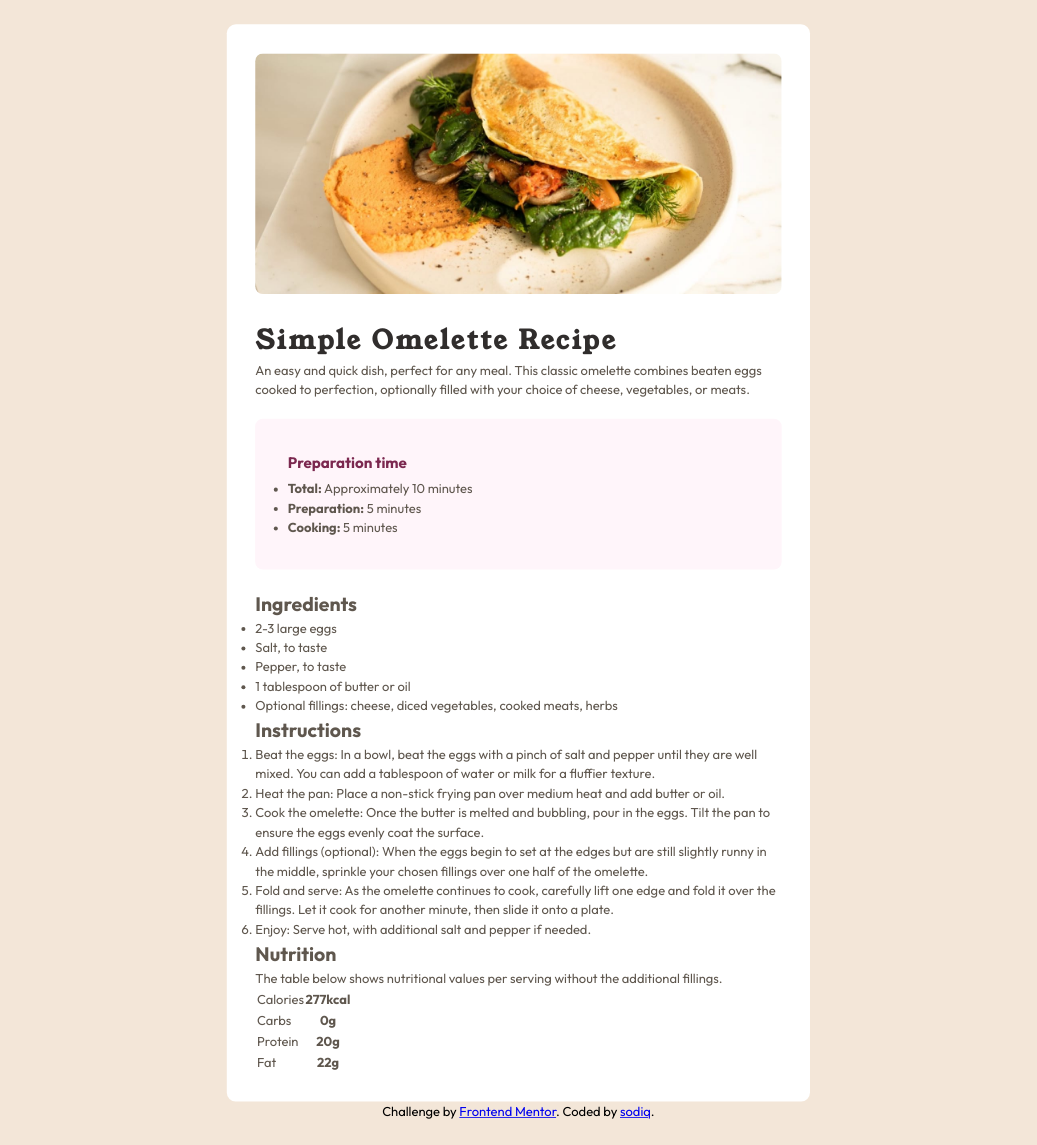
Repository: sodmaq/recipe-page-
Page: index.html
These files come from the project's save history. The page is drawn as it stood at one moment and after the next save; the edit follows.
The browser window is 1280 px wide. The pictures show the whole page, at 81% of full size.

Above is the page before, as saved 2024-09-08 04:30:57.

### index.html
<!DOCTYPE html>
<html lang="en">
  <head>
    <meta charset="UTF-8" />
    <meta name="viewport" content="width=device-width, initial-scale=1.0" />
    <link rel="preconnect" href="https://fonts.googleapis.com" />
    <link rel="preconnect" href="https://fonts.gstatic.com" crossorigin />
    <link
      href="https://fonts.googleapis.com/css2?family=Outfit:wght@400;600;700&family=Young+Serif&display=swap"
      rel="stylesheet"
    />
    <link
      rel="icon"
      type="image/png"
      sizes="32x32"
      href="./assets/images/favicon-32x32.png"
    />
    <link rel="stylesheet" href="/style.css" />
    <title>Frontend Mentor | Recipe page</title>
  </head>
  <body>
    <main class="container">
      <img src="/assets/images/image-omelette.jpeg" alt="image-omelette" />
      <div class="heading-text">
        <h1 class="title">Simple Omelette Recipe</h1>
        <p class="paragraph">
          An easy and quick dish, perfect for any meal. This classic omelette
          combines beaten eggs cooked to perfection, optionally filled with your
          choice of cheese, vegetables, or meats.
        </p>
      </div>
      <div class="preparation-section">
        <h3>Preparation time</h3>
        <ul>
          <li><span>Total:</span> Approximately 10 minutes</li>
          <li><span>Preparation:</span> 5 minutes</li>
          <li><span>Cooking:</span> 5 minutes</li>
        </ul>
      </div>
      <section>
        <div class="ingredients">
          <h2>Ingredients</h2>
          <ul>
            <li>2-3 large eggs</li>
            <li>Salt, to taste</li>
            <li>Pepper, to taste</li>
            <li>1 tablespoon of butter or oil</li>
            <li>
              Optional fillings: cheese, diced vegetables, cooked meats, herbs
            </li>
          </ul>
        </div>
        <div class="instructions">
          <ol>
            <h2>Instructions</h2>
            <li>
              <span> Beat the eggs: </span> In a bowl, beat the eggs with a
              pinch of salt and pepper until they are well mixed. You can add a
              tablespoon of water or milk for a fluffier texture.
            </li>
            <li>
              <span> Heat the pan: </span>Place a non-stick frying pan over
              medium heat and add butter or oil.
            </li>
            <li>
              <span> Cook the omelette: </span> Once the butter is melted and
              bubbling, pour in the eggs. Tilt the pan to ensure the eggs evenly
              coat the surface.
            </li>
            <li>
              <span> Add fillings (optional):</span> When the eggs begin to set
              at the edges but are still slightly runny in the middle, sprinkle
              your chosen fillings over one half of the omelette.
            </li>
            <li>
              <span> Fold and serve:</span> As the omelette continues to cook,
              carefully lift one edge and fold it over the fillings. Let it cook
              for another minute, then slide it onto a plate.
            </li>
            <li>
              <span>Enjoy:</span> Serve hot, with additional salt and pepper if
              needed.
            </li>
          </ol>
        </div>
        <div class="nutrition-section">
          <h2>Nutrition</h2>
          <p>
            The table below shows nutritional values per serving without the
            additional fillings.
          </p>
          <table class="table">
            <tr>
              <td>Calories</td>
              <th>277kcal</th>
            </tr>
            <tr>
              <td>Carbs</td>
              <th>0g</th>
            </tr>
            <tr>
              <td>Protein</td>
              <th>20g</th>
            </tr>
            <tr>
              <td>Fat</td>
              <th>22g</th>
            </tr>
          </table>
        </div>
      </section>
    </main>

    <footer class="attribution">
      Challenge by
      <a href="https://www.frontendmentor.io?ref=challenge" target="_blank"
        >Frontend Mentor</a
      >. Coded by <a href="#">sodiq</a>.
    </footer>
  </body>
</html>

### style.css
* {
  margin: 0;
  padding: 0;
  box-sizing: border-box;
}

:root {
  /* Primary color */
  --Nutmeg-color: hsl(14, 45%, 36%);
  --Dark-Raspberry: hsl(332, 51%, 32%);

  /* Neutral color */
  --White-color: hsl(0, 0%, 100%);
  --Rose-White: hsl(330, 100%, 98%);
  --Eggshell-background-color: hsl(30, 54%, 90%);
  --Light-Grey: hsl(30, 18%, 87%);
  --Wenge-Brown: hsl(30, 10%, 34%);
  --Dark-Charcoal: hsl(24, 5%, 18%);
}
body {
  font-family: "Outfit", sans-serif;
  background-color: var(--Eggshell-background-color);
  padding: 1.9rem 2.5rem;
  min-height: 100vh;
  display: flex;
  justify-content: center;
  align-items: center;
  flex-direction: column;
  line-height: 1.5;
}
.preparation-section,
.ingredients {
  margin-top: 1.5rem;
}
.paragraph,
.ingredients,
.instructions,
.instructions li span,
.preparation-section,
.preparation-section li span,
.nutrition-section {
  color: var(--Wenge-Brown);
}

.container {
  background-color: var(--White-color);
  padding: 2.2rem;
  margin: auto;
  max-width: 45rem;
  border-radius: 0.7rem;
}
img {
  max-width: 100%;
  border-radius: 0.6rem;
}
.title {
  font-family: "Young Serif", serif;
  margin-top: 1.8rem;
  letter-spacing: 0.2rem;
  color: var(--Dark-Charcoal);
}
.title {
  font-family: "Young Serif", serif;
  margin-top: 1.8rem;
  letter-spacing: 0.2rem;
  color: var(--Dark-Charcoal);
}
.preparation-section {
  font-family: "Outfit", sans-serif;
  background: var(--Rose-White);
  padding: 2.5rem;
  border-radius: 0.6rem;
}

.preparation-section h3 {
  color: var(--Dark-Raspberry);
  font-weight: bold;
  margin-bottom: 5px;
}

.preparation-section li span {
  font-weight: bold;
}

After the next save:
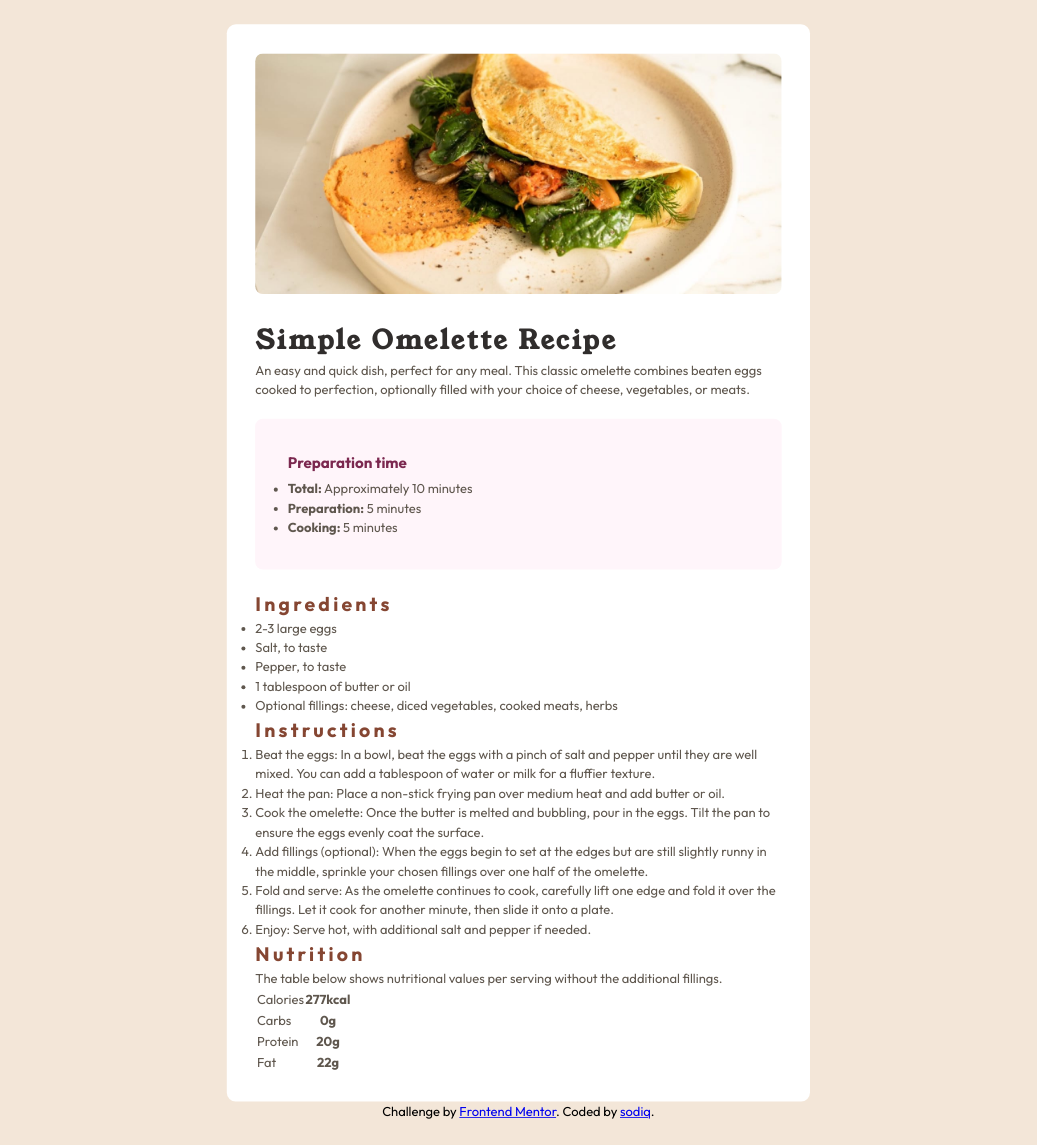
Saved 116 s later.
--- a/style.css
+++ b/style.css
@@ -81,3 +81,9 @@ img {
 .preparation-section li span {
   font-weight: bold;
 }
+.ingredients h2,
+.instructions h2,
+.nutrition-section h2 {
+  letter-spacing: 4px;
+  color: var(--Nutmeg-color);
+}
